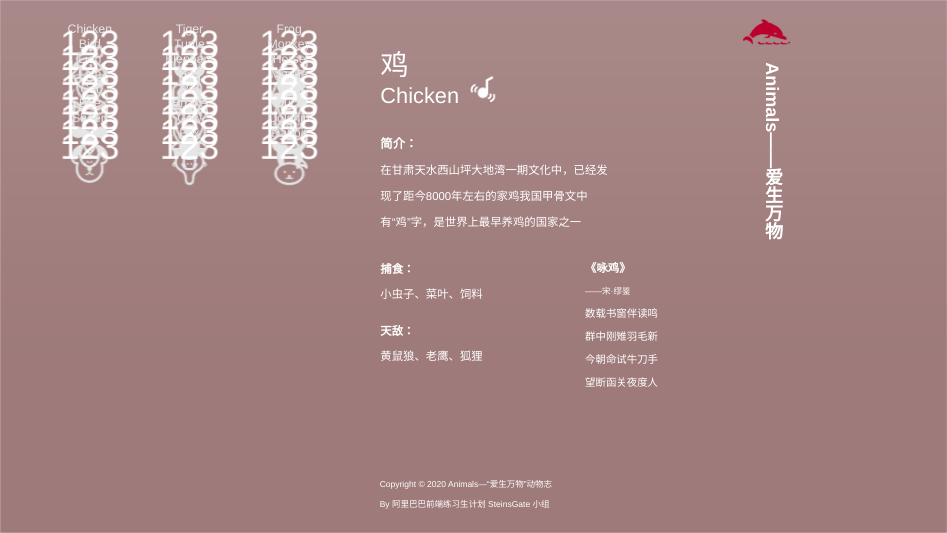
Repository: Whiskeyi/Animals
Page: /
An editor plug-in stored every save of this project. The page is shown before and after the next save, followed by the edit.
The browser window is 1280 px wide. The pictures show the whole page, at 74% of full size.
The project was rebuilt for these pictures with package versions that can differ from the ones it lists, and the page was loaded fresh each time.

Above is the page before, as saved 2021-11-18 23:13:41.

After the next save:
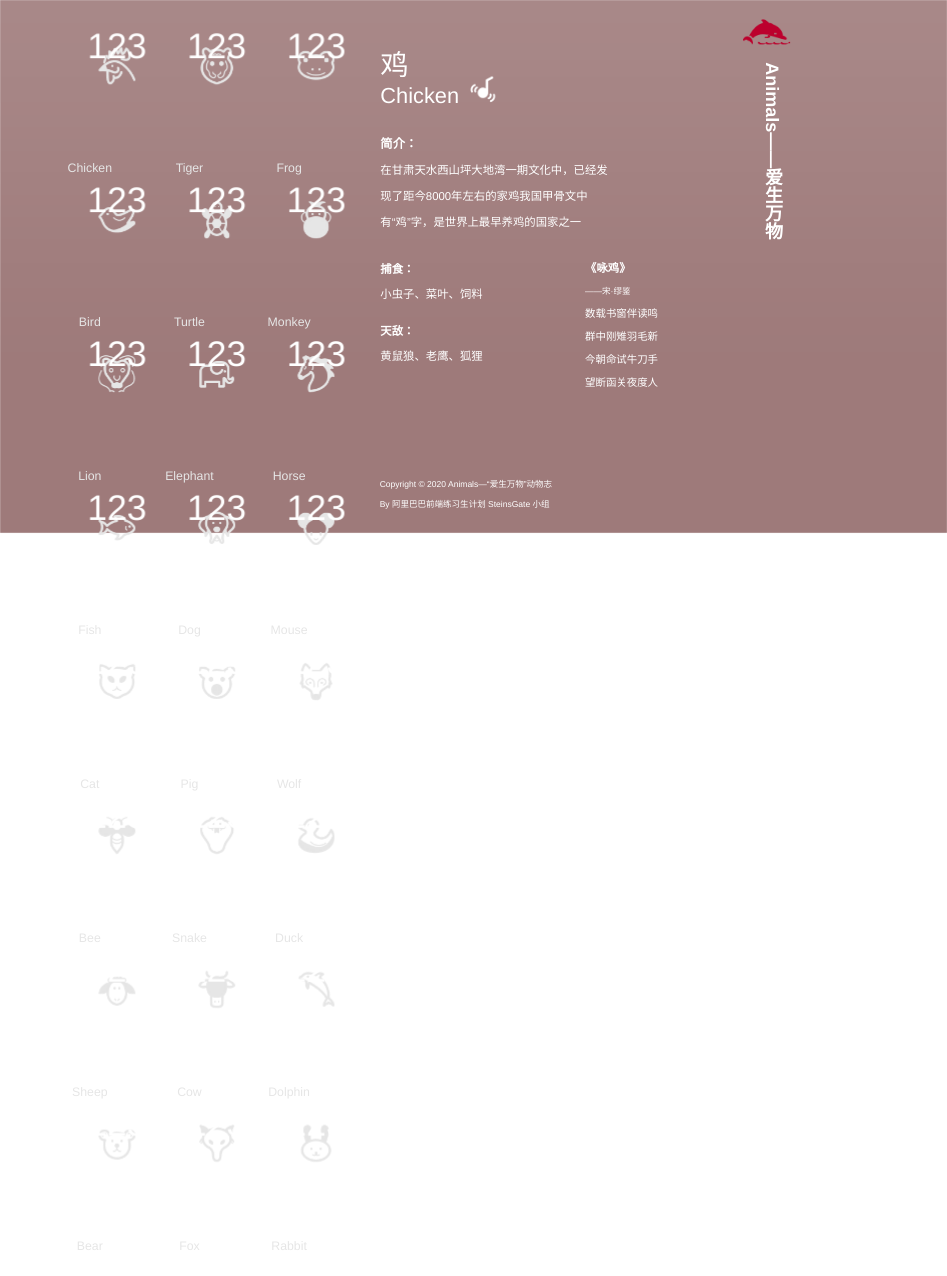
Saved 22 s later.
--- a/src/styles/flip.scss
+++ b/src/styles/flip.scss
@@ -4,6 +4,9 @@
   }
 
   .pro-card {
+    width: 180px;
+  height: 180px;
+  margin: 4px;
     /* 翻转特效时间 */
     transition: transform 0.8s;
     /* 保留3D空间 */
